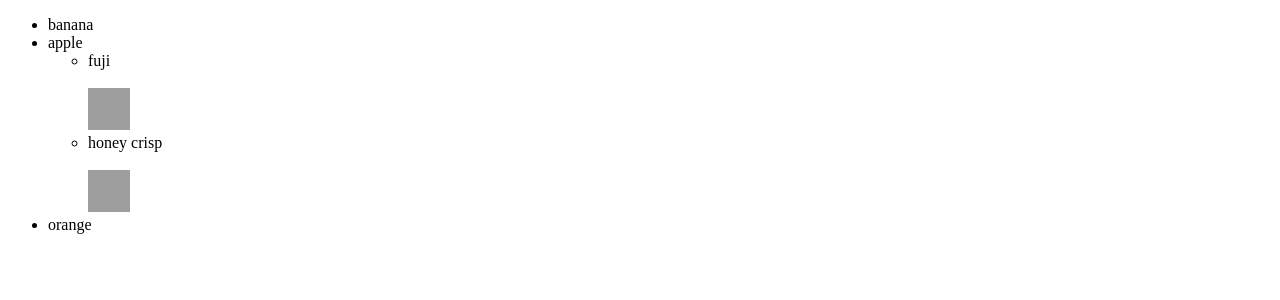
Repository: rileymeye1/ZTM
Page: index.html
The author's editor kept a copy of each file at every save. The page is drawn from the files as they stood at one save, then again after the next save.
The browser window is 1280 px wide. The pictures show the whole page.
Pictures or frames that could not be fetched are drawn as grey boxes.

Above is the page before, as saved 2024-08-17 21:27:05.

### index.html
<!DOCTYPE html>
<html>
  <head>
    <meta charset="utf-8" />
    <meta name="viewport" content="width=device-width, initial-scale=1" />
    <title>My first website!</title>
  </head>
  <body>
    <a href="New Page"></a>
    <ul>
      <li>banana</li>
      <li>apple</li>
      <ul>
        <li>fuji</li><br>
        <img src="https://doorstepproduce.com/cdn/shop/products/6000200094512.jpg?v=1601387354&width=600" width="42" height="42">
        <li>honey crisp</li><br>
        <img src="https://encrypted-tbn0.gstatic.com/images?q=tbn:ANd9GcQoLeE2c_epjmes2zDrltjoG-a19flbbFHncA&s" width="42" height="42">
      </ul>
      <li>orange</li>
    </ul>
  </body>
</html>

After the next save:
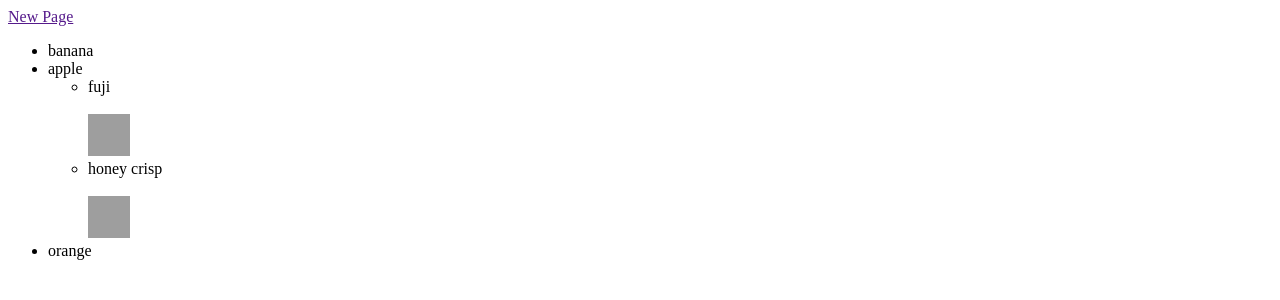
Saved 11 s later.
--- a/index.html
+++ b/index.html
@@ -6,7 +6,7 @@
     <title>My first website!</title>
   </head>
   <body>
-    <a href="New Page"></a>
+    <a href="">New Page</a>
     <ul>
       <li>banana</li>
       <li>apple</li>
